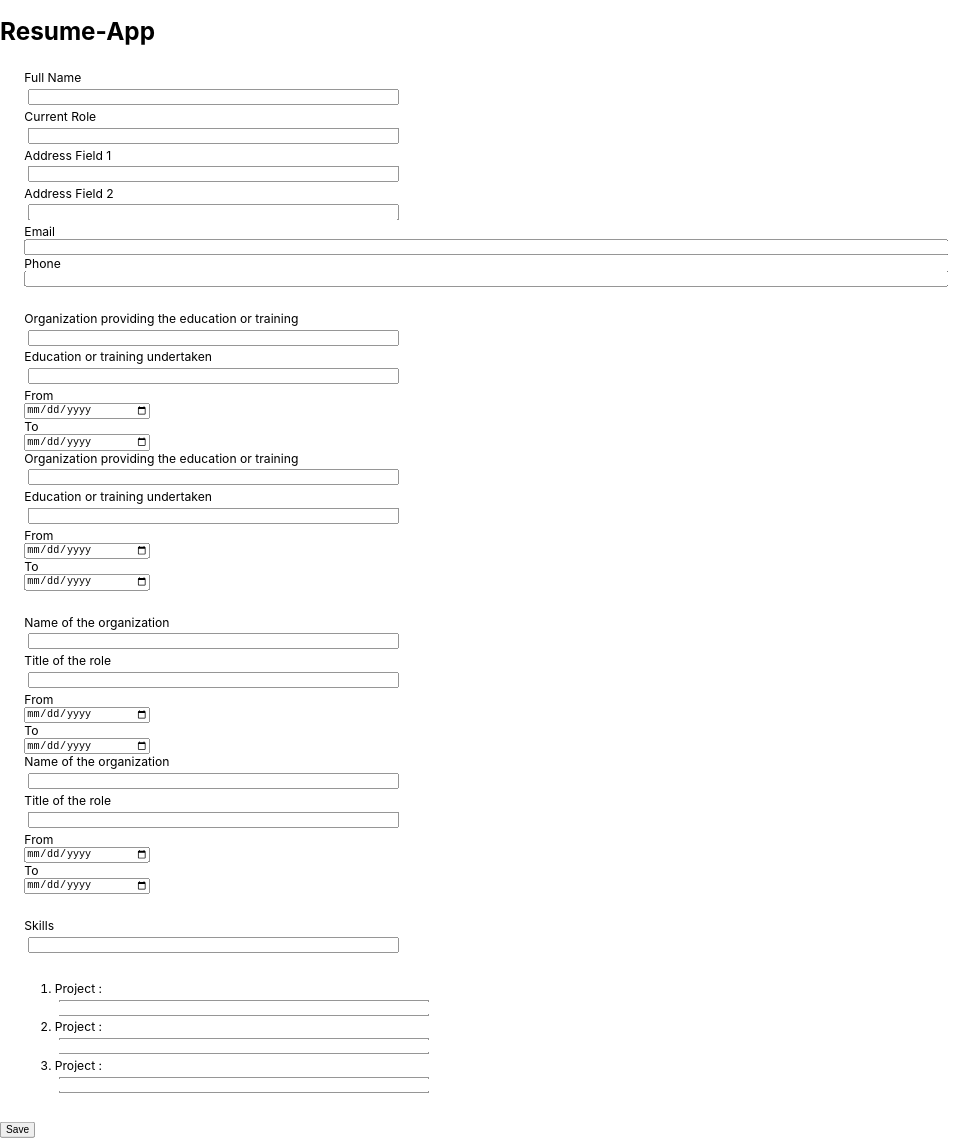
Repository: 0101chaitanya/resume-app
Page: /
The author's editor kept a copy of each file at every save. The page is drawn from the files as they stood at one save, then again after the next save.
The browser window is 1280 px wide. The pictures show the whole page, at 76% of full size.
The project was rebuilt for these pictures with package versions that can differ from the ones it lists, and the page was loaded fresh each time.

Above is the page before, as saved 2021-07-28 15:35:29.

### src/App.js
import React, { useState, useEffect } from "react";
import logo from "./logo.svg";
import "./App.css";

function App() {
  const [state, setState] = useState({
    fullName: "",
    currentRole: "",
    address1: "",
    address2: "",

    schoolName1: "",
    titleOfStudy1: "",
    from1: "",
    to1: "",

    schoolName2: "",
    titleOfStudy2: "",
    from2: "",
    to2: "",

    organizationName1: "",
    titleOfRole1: "",
    workedFrom1: "",
    workedTill1: "",

    organizationName2: "",
    titleOfRole2: "",
    workedFrom2: "",
    workedTill2: "",

    skills: "",

    project1: "",
    project2: "",
    project3: "",
  });
  useEffect(() => {
    console.log(state);
  });
  const onChange = (e) => {
    const { name, value } = e.target;
    setState({
      ...state,
      [name]: value,
    });
  };
  const handleSubmit = (e) => {
    localStorage.setItem("savedData", JSON.stringify(state));
    setState({
      fullName: "",
      currentRole: "",
      address1: "",
      address2: "",

      schoolName1: "",
      titleOfStudy1: "",
      from1: "",
      to1: "",

      schoolName2: "",
      titleOfStudy2: "",
      from2: "",
      to2: "",

      organizationName1: "",
      titleOfRole1: "",
      workedFrom1: "",
      workedTill1: "",

      organizationName2: "",
      titleOfRole2: "",
      workedFrom2: "",
      workedTill2: "",

      skills: "",

      project1: "",
      project2: "",
      project3: "",
    });
    e.target.submit();
  };

  return (
    <div className="App">
      <header className="App-header">
        <h1>Resume-App</h1>
      </header>
      <form
        onSubmit={(e) => {
          e.preventDefault();
          handleSubmit(e);
        }}
      >
        <div className="section section1">
          <label htmlFor="fullName">
            Full Name
            <input
              required
              id="fullName"
              name="fullName"
              onChange={onChange}
              value={state.fullName}
              type="text"
            />
          </label>
          <label htmlFor="currentRole">
            Current Role
            <input
              required
              id="currentRole"
              name="currentRole"
              onChange={onChange}
              value={state.currentRole}
              type="text"
            />
          </label>
          <label htmlFor="address1">
            Address Field 1
            <input
              required
              id="address1"
              name="address1"
              onChange={onChange}
              value={state.address1}
              type="text"
            />
          </label>
          <label htmlFor="address2">
            Address Field 2
            <input
              required
              id="address2"
              name="address2"
              onChange={onChange}
              value={state.address2}
              type="text"
            />
          </label>
          <label htmlFor="email">
            Email
            <input
              required
              id="email"
              name="email"
              onChange={onChange}
              value={state.email}
              type="email"
            />
          </label>
          <label htmlFor="phone">
            Phone
            <input
              required
              id="phone"
              name="phone"
              onChange={onChange}
              value={state.phone}
              type="tel"
            />
          </label>
        </div>
        <div className="section section2">
          <div className="edu1">
            <label htmlFor="schoolName1">
              Organization providing the education or training
              <input
                required
                id="schoolName1"
                name="schoolName1"
                onChange={onChange}
                value={state.schoolName1}
                type="text"
              />
            </label>
            <label htmlFor="titleOfStudy1">
              Education or training undertaken
              <input
                required
                id="titleOfStudy1"
                name="titleOfStudy1"
                onChange={onChange}
                value={state.titleOfStudy1}
                type="text"
              />
            </label>
            <label htmlFor="from1">
              From
              <input
                required
                id="from1"
                name="from1"
                onChange={onChange}
                value={state.from1}
                type="date"
              />
            </label>
            <label htmlFor="to1">
              To
              <input
                required
                id="to1"
                name="to1"
                onChange={onChange}
                value={state.to1}
                type="date"
              />
            </label>
          </div>
          <div className="edu2">
            <label htmlFor="schoolName2">
              Organization providing the education or training
              <input
                required
                id="schoolName2"
                name="schoolName2"
                onChange={onChange}
                value={state.schoolName2}
                type="text"
              />
            </label>
            <label htmlFor="titleOfStudy2">
              Education or training undertaken
              <input
                required
                id="titleOfStudy2"
                name="titleOfStudy2"
                onChange={onChange}
                value={state.titleOfStudy2}
                type="text"
              />
            </label>
            <label htmlFor="from2">
              From
              <input
                required
                id="from2"
                name="from2"
                onChange={onChange}
                value={state.from2}
                type="date"
              />
            </label>
            <label htmlFor="to2">
              To
              <input
                required
                id="to2"
                name="to2"
                onChange={onChange}
                value={state.to2}
                type="date"
              />
            </label>
          </div>
        </div>
        <div className="section section3">
          <div className="job1">
            <label htmlFor="organizationName1">
              Name of the organization
              <input
                required
                id="organizationName1"
                name="organizationName1"
                onChange={onChange}
                value={state.organizationName1}
                type="text"
              />
            </label>
            <label htmlFor="titleOfRole1">
              Title of the role
              <input
                required
                id="titleOfRole1"
                name="titleOfRole1"
                onChange={onChange}
                value={state.titleOfRole1}
                type="text"
              />
            </label>
            <label htmlFor="workedFrom1">
              From
              <input
                required
                id="workedFrom1"
                name="workedFrom1"
                onChange={onChange}
                value={state.workedFrom1}
                type="date"
              />
            </label>
            <label htmlFor="workedTill1">
              To
              <input
                required
                id="workedTill1"
                name="workedTill1"
                onChange={onChange}
                value={state.workedTill1}
                type="date"
              />
            </label>
          </div>
          <div className="job2">
            <label htmlFor="organizationName2">
              Name of the organization
              <input
                id="organizationName2"
                name="organizationName2"
                onChange={onChange}
                value={state.organizationName2}
                type="text"
              />
            </label>
            <label htmlFor="titleOfRole2">
              Title of the role
              <input
                id="titleOfRole2"
                name="titleOfRole2"
                onChange={onChange}
                value={state.titleOfRole2}
                type="text"
              />
            </label>
            <label htmlFor="workedFrom2">
              From
              <input
                id="workedFrom2"
                name="workedFrom2"
                onChange={onChange}
                value={state.workedFrom2}
                type="date"
              />
            </label>
            <label htmlFor="workedTill2">
              To
              <input
                id="workedTill2"
                name="workedTill2"
                onChange={onChange}
                value={state.workedTill2}
                type="date"
              />
            </label>
          </div>
        </div>
        <div className="section section4">
          <label htmlFor="skills">
            Skills
            <input
              required
              id="skills"
              name="skills"
              onChange={onChange}
              value={state.skills}
              type="text"
            />
          </label>
        </div>
        <div className="section section5">
          <ol>
            <li>
              <label htmlFor="project1">
                Project :{" "}
                <input
                  required
                  id="project1"
                  name="project1"
                  onChange={onChange}
                  value={state.project1}
                  type="text"
                />
              </label>
            </li>
            <li>
              <label htmlFor="project2">
                Project :{" "}
                <input
                  required
                  id="project2"
                  name="project2"
                  onChange={onChange}
                  value={state.project2}
                  type="text"
                />
              </label>
            </li>
            <li>
              <label htmlFor="project3">
                Project :{" "}
                <input
                  id="project3"
                  name="project3"
                  onChange={onChange}
                  value={state.project3}
                  type="text"
                />
              </label>
            </li>
          </ol>
        </div>
        <button type="submit">Save</button>
      </form>
    </div>
  );
}

export default App;

### src/App.css
label {
  display: flex;
  flex-direction: column;
}
input[type="text"] {
  width: 30rem;
  margin: 0.3rem;
}

input[type="date"] {
  width: 10rem;
}
.section {
  margin: 2rem;
}

Loaded but not shown: public/index.html (common file); src/index.js (common file); src/index.css (common file); src/reportWebVitals.js (common file)

After the next save:
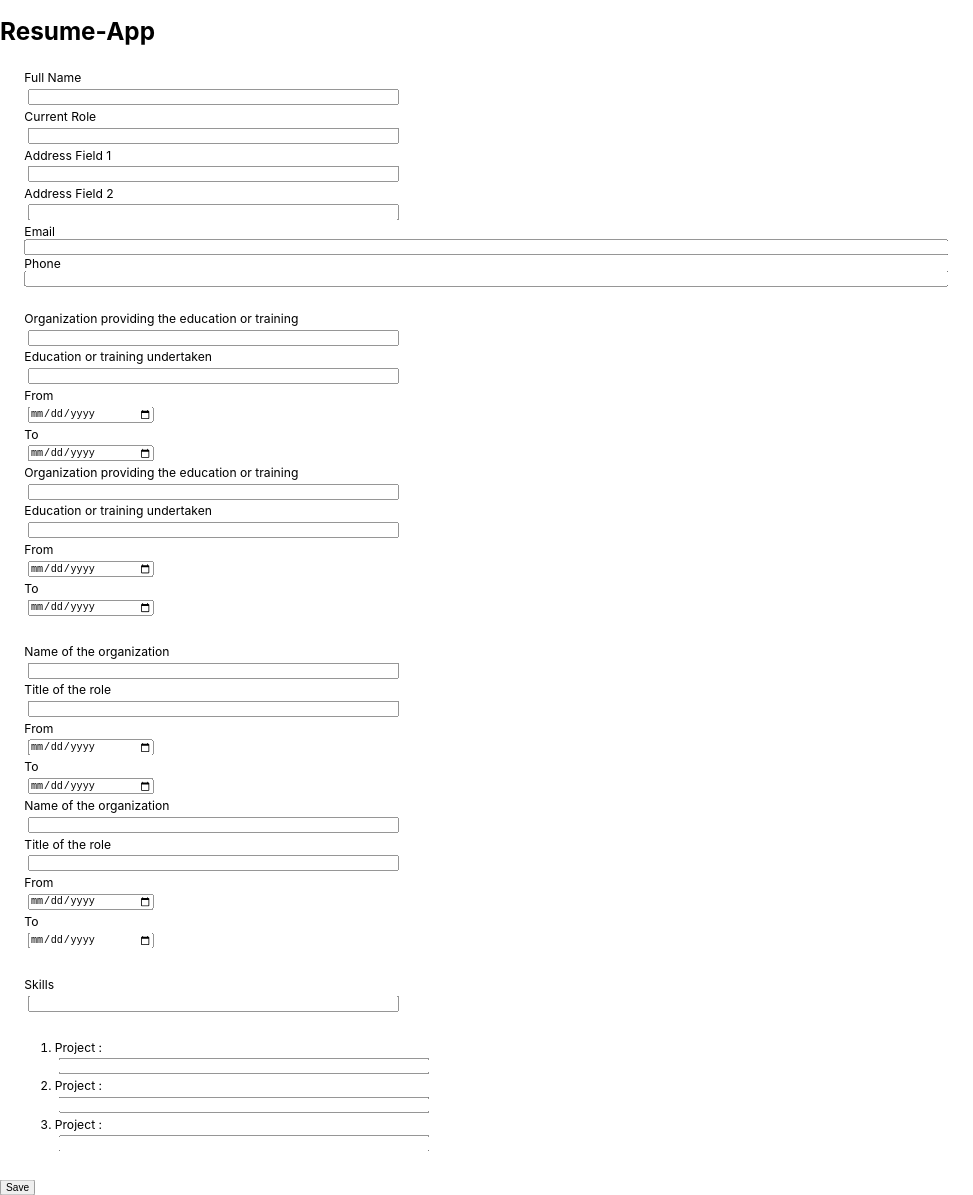
Saved 10 s later.
--- a/src/App.css
+++ b/src/App.css
@@ -9,6 +9,8 @@ input[type="text"] {
 
 input[type="date"] {
   width: 10rem;
+
+  margin: 0.3rem;
 }
 .section {
   margin: 2rem;
